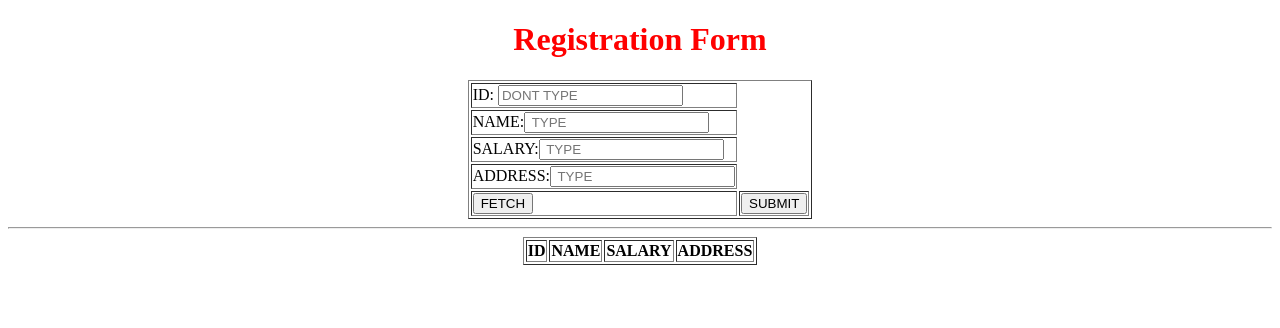
Repository: Amanbadshah/Java-project-
Page: http://localhost/CRUD-SERVLET/
The author's editor kept a copy of each file at every save. The page is drawn from the files as they stood at one save, then again after the next save.
The browser window is 1280 px wide. The pictures show the whole page.
The page is served by Tomcat 9. Other server files are loaded and not shown.

Above is the page before, as saved 2022-06-02 11:23:31.

### CRUD-SERVLET/src/main/webapp/index.jsp
<%@ page language="java" contentType="text/html; charset=ISO-8859-1"
    pageEncoding="ISO-8859-1"%>
<!DOCTYPE html>
<html>
<head>
<meta charset="ISO-8859-1">
<title>Insert title here</title>
</head>
<body>
<h1 style="color:red;" align="center">Registration Form</h1>
<form action="EmployeeController" method="post">
<table align="center" border="1">
<tr>
<td>   ID:   <input type="text" name="eid" readonly="readonly" placeholder="DONT TYPE ">
</td>
</tr>
<tr>
<td> NAME:<input type="text" name="name"  placeholder=" TYPE " required="required">
</td>
</tr>
<tr>
<td> SALARY:<input type="number" name="salary"  placeholder=" TYPE " required="required">
</td>
</tr>
<tr>
<td> ADDRESS:<input type="text" name="address"  placeholder=" TYPE "required="required">
</td>
</tr>

<td><button type="button" >FETCH</button></td>



<td  align="center" >
						<button type="submit">SUBMIT</button>
						</td>


</table>

<hr>
<table align ="center" border="1">
<tr><th >ID</th>
<th >NAME</th>
<th >SALARY</th>
<th >ADDRESS</th></tr>
</table>



</form>

</body>
</html>

### CRUD-SERVLET/src/main/java/com/pro/pojo/Employee.java
package com.pro.pojo;

import java.io.Serializable;

public class Employee implements Serializable {
private int eid;
private String name;
private double salary;
private String address;
public int getEid() {
	return eid;
}
public void setEid(int eid) {
	this.eid = eid;
}
public String getName() {
	return name;
}
public void setName(String name) {
	this.name = name;
}
public double getSalary() {
	return salary;
}
public void setSalary(double salary) {
	this.salary = salary;
}
public String getAddress() {
	return address;
}
public void setAddress(String address) {
	this.address = address;
}
public Employee(int eid, String name, double salary, String address) {
	super();
	this.eid = eid;
	this.name = name;
	this.salary = salary;
	this.address = address;
}
public Employee() {
	super();
	// TODO Auto-generated constructor stub
}
@Override
public String toString() {
	return "Employee [eid=" + eid + ", name=" + name + ", salary=" + salary + ", address=" + address + "]";
}
}

### CRUD-SERVLET/src/main/java/com/pro/daolmpl/EmployeeDaoImpL.java
package com.pro.daolmpl;

import java.sql.Connection;
import java.sql.PreparedStatement;
import java.sql.ResultSet;
import java.sql.SQLException;
import java.util.ArrayList;
import java.util.List;

import com.pro.dao.EmployeeDao;
import com.pro.pojo.Employee;
import com.pro.utility.Dbconnection;

public class EmployeeDaoImpL implements EmployeeDao {
	Connection con;
	static PreparedStatement ps;
	ResultSet rs;

	@Override
	public void create(Employee e) {
		// TODO Auto-generated method stub
		Connection con = Dbconnection.getConnection();

		String query = "insert into  Employee(name,salary,address) values(?,?,?)";
		try {
			ps = con.prepareStatement(query);
			ps.setString(1, e.getName());
			ps.setDouble(2, e.getSalary());
			ps.setString(3, e.getAddress());
			ps.executeUpdate();
			con.close();

		} catch (SQLException e1) {
			// TODO Auto-generated catch block
			e1.printStackTrace();
		}

	}

	@Override
	public List<Employee> read() {
		// TODO Auto-generated method stub
		String query = "select * from Employee";
		con = Dbconnection.getConnection();
		List<Employee> list = new ArrayList<Employee>();
		try {
			ps = con.prepareStatement(query);
			rs = ps.executeQuery();
			while (rs.next()) {
				Employee emp = new Employee();
				emp.setEid(rs.getInt("id"));
				emp.setName(rs.getString("name"));
				emp.setSalary(rs.getDouble("salary"));
				emp.setAddress(rs.getString("address"));
				list.add(emp);
			}
		} catch (SQLException e) {
			// TODO Auto-generated catch block
			e.printStackTrace();
		}

		return list;

	}

}

After the next save:
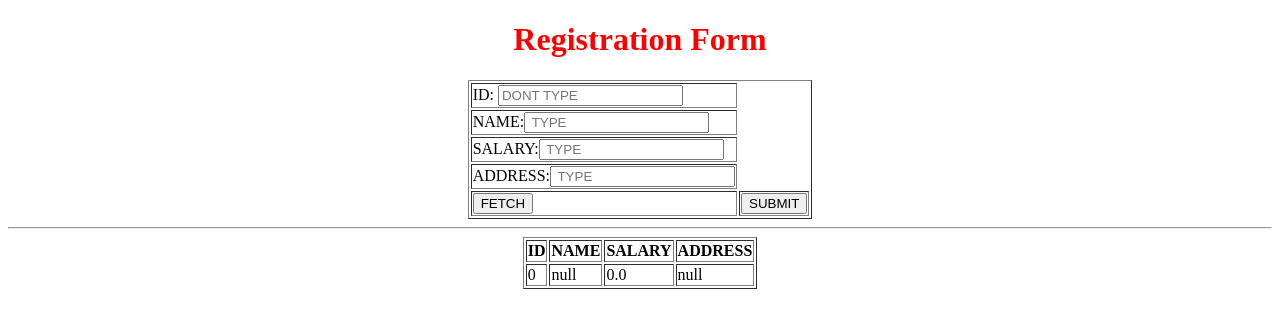
Saved 15 min 6 s later.
--- a/CRUD-SERVLET/src/main/webapp/index.jsp
+++ b/CRUD-SERVLET/src/main/webapp/index.jsp
@@ -1,3 +1,9 @@
+<%@page import="java.util.Iterator"%>
+<%@page import="java.util.List"%>
+<%@page import="java.util.ArrayList"%>
+<%@page import="com.pro.pojo.Employee"%>
+<%@page import="com.pro.dao.EmployeeDao"%>
+<%@page import="com.pro.daolmpl.EmployeeDaoImpL"%>
 <%@ page language="java" contentType="text/html; charset=ISO-8859-1"
     pageEncoding="ISO-8859-1"%>
 <!DOCTYPE html>
@@ -44,10 +50,28 @@
 <th >NAME</th>
 <th >SALARY</th>
 <th >ADDRESS</th></tr>
-</table>
+<%
+Employee emp1=null;
+EmployeeDao empdao=null;
+emp1=new Employee();
+ empdao=new EmployeeDaoImpL();
+ List<Employee> list=new ArrayList<Employee>();
+Iterator<Employee> itr=           list.iterator();
+while(itr.hasNext())
+{
+	emp1=itr.next();
+}
+%>
+<tr>
+<td><%=emp1.getEid() %></td>
+<td><%=emp1.getName() %></td>
+<td><%=emp1.getSalary() %></td>
+<td><%=emp1.getAddress() %></td>
+</tr>
 
 
 
+</table>
 </form>
 
 </body>
